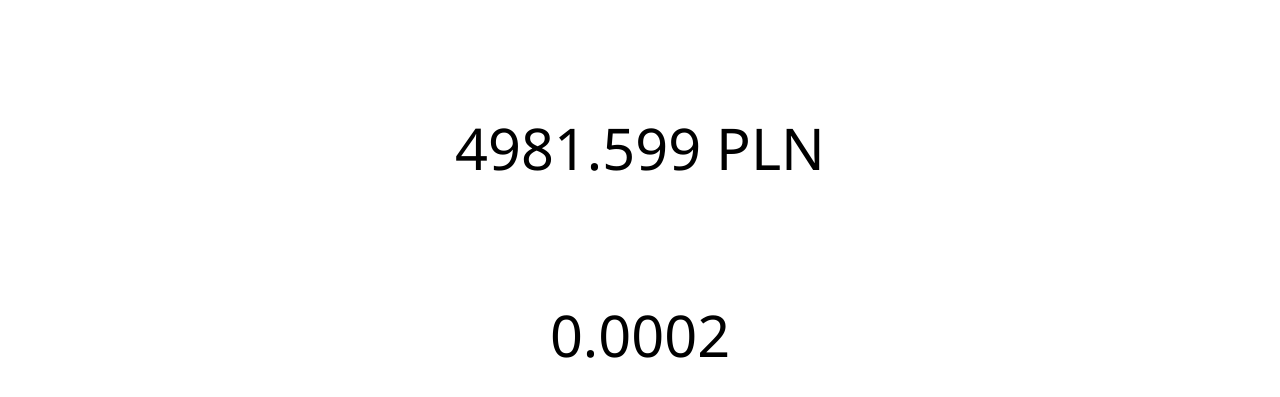
Repository: michalgornicki/bitcoin-virtual
Page: /
An editor plug-in stored every save of this project. The page is shown before and after a run of saves, followed by the edit.
The browser window is 1280 px wide. The pictures show the whole page.
The project was rebuilt for these pictures with package versions that can differ from the ones it lists, and the page was loaded fresh each time.

Above is the page before, as saved 2021-12-05 20:33:34.

After the next 3 saves:
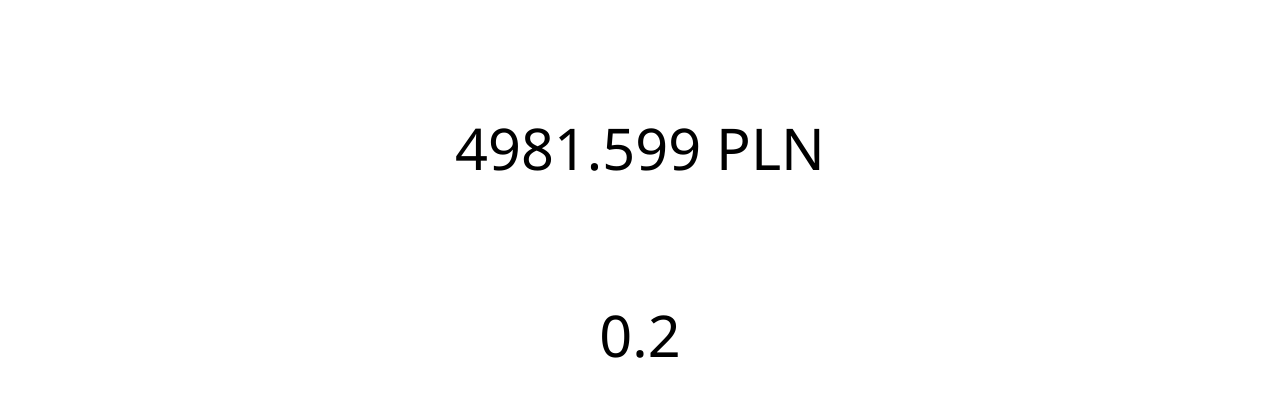
The 3 saves are shown as one change because they came seconds apart.
The last was saved 29 s later.
--- a/src/App.jsx
+++ b/src/App.jsx
@@ -13,7 +13,7 @@ const setPrice = () => {
 }
 
 const plnPrice = () => {
-  let pln = 1/bitcoinPrice;
+  let pln = 1000/bitcoinPrice;
   document.getElementsByClassName("price")[1].innerHTML = pln;
 }
 
